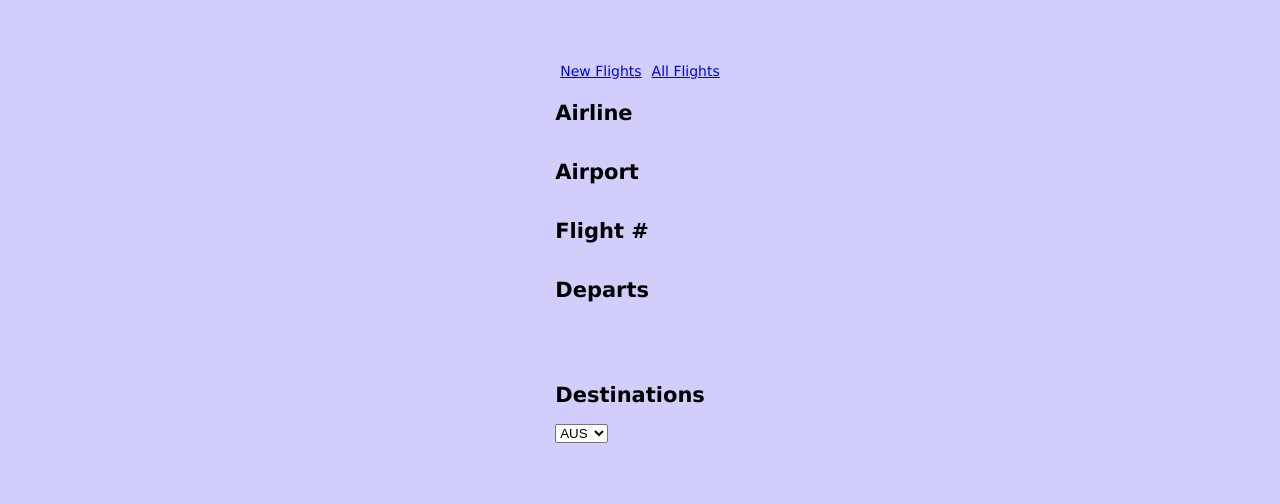
Repository: jmendoza13/mongoose-flights
Page: views/flights/show.ejs
The author's editor kept a copy of each file at every save. The page is drawn from the files as they stood at one save, then again after the next save.
The browser window is 1280 px wide. The pictures show the whole page.
The page is served by the project's Node server (server.js). Other server files are loaded and not shown. The template is opened directly, without the code that normally fills it, so the values that code supplies are empty.

Above is the page before, as saved 2022-07-20 17:00:50.

### views/flights/show.ejs
<%- include('../partials/header') %>
<section id="show-page">
           <h2>Airline</h2>
           <p><%=flight.airline %></p>
           <h2>Airport</h2>
           <p><%=flight.airport %></p>
           <h2>Flight #</h2>
           <p><%=flight.flightNo %></p>
           <h2>Departs</h2>
           <p><%=flight.departs %></p>

</section>
<br><br><h2>Destinations</h2>
<form id="add-destination" method="POST"
ACTION="/flights/<%=flight._id %>/destinations">
<select name="airport" >
    <option value="AUS">AUS</option>
    <option value="DFW">DFW</option>
    <option value="DEN">DEN</option>
    <option value="LAX">LAX</option>
    <option value="SAN">SAN</option>
</select>
</form>




<%- include('../partials/footer') %>

### views/Partials/header.ejs
<!DOCTYPE html>
<html lang="en">

<head>
    <meta charset="UTF-8">
    <meta http-equiv="X-UA-Compatible" content="IE=edge">
    <meta name="viewport" content="width=device-width, initial-scale=1.0">
    <link rel='stylesheet' href='/stylesheets/style.css' />
    <title>Flights</title>
</head>

<body>
    <nav>
        <a href="/flights/new">New Flights</a>
        <a href="/flights">All Flights</a>
    </nav>

### server.js
var createError = require('http-errors');
var express = require('express');
var path = require('path');
var cookieParser = require('cookie-parser');
var logger = require('morgan');

require('dotenv').config();

require('./config/database');

var indexRouter = require('./routes/index');
var flightsRouter = require('./routes/flights');
var destinationsRouter = require('./routes/flights');

var app = express();

// view engine setup
app.set('views', path.join(__dirname, 'views'));
app.set('view engine', 'ejs');

app.use(logger('dev'));
app.use(express.json());
app.use(express.urlencoded({ extended: false }));
app.use(cookieParser());
app.use(express.static(path.join(__dirname, 'public')));

app.use('/', indexRouter);
app.use('/flights', flightsRouter);
app.use('/', destinationsRouter);

// catch 404 and forward to error handler
app.use(function(req, res, next) {
  next(createError(404));
});

// error handler
app.use(function(err, req, res, next) {
  // set locals, only providing error in development
  res.locals.message = err.message;
  res.locals.error = req.app.get('env') === 'development' ? err : {};

  // render the error page
  res.status(err.status || 500);
  res.render('error');
});

module.exports = app;

### public/stylesheets/style.css
body {
  padding: 50px;
  font: 14px "Lucida Grande", Helvetica, Arial, sans-serif;
  display: grid;
  justify-content: center;
  background-color: rgb(210, 206, 252);
  grid-template-areas:
    "nav"
    "main"
}

nav, h1, p {
  display: flex;
  color: #010101;
  justify-content: center;
  align-items: center;
  text-align: center;
}

a {
  padding: 5px;
}

Loaded but not shown: views/Partials/footer.ejs (common file)

After the next save:
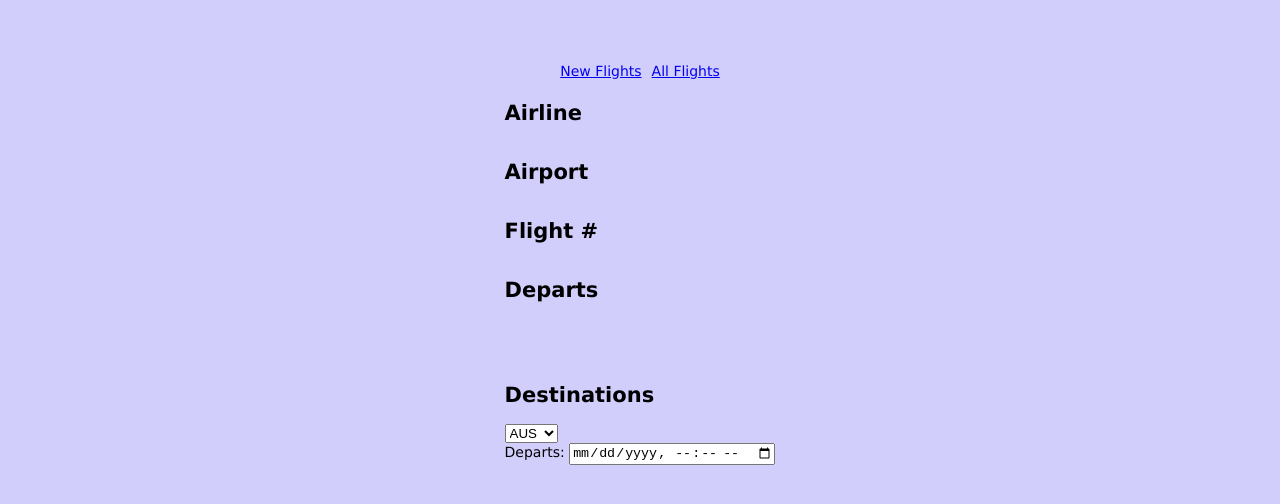
Saved 2 h 53 min later.
--- a/views/flights/show.ejs
+++ b/views/flights/show.ejs
@@ -21,7 +21,9 @@ ACTION="/flights/<%=flight._id %>/destinations">
     <option value="SAN">SAN</option>
 </select>
 </form>
-
+<label>Departs:
+    <input type="datetime-local" value="departsDate" name="departs">
+</label><br>
 
 
 
